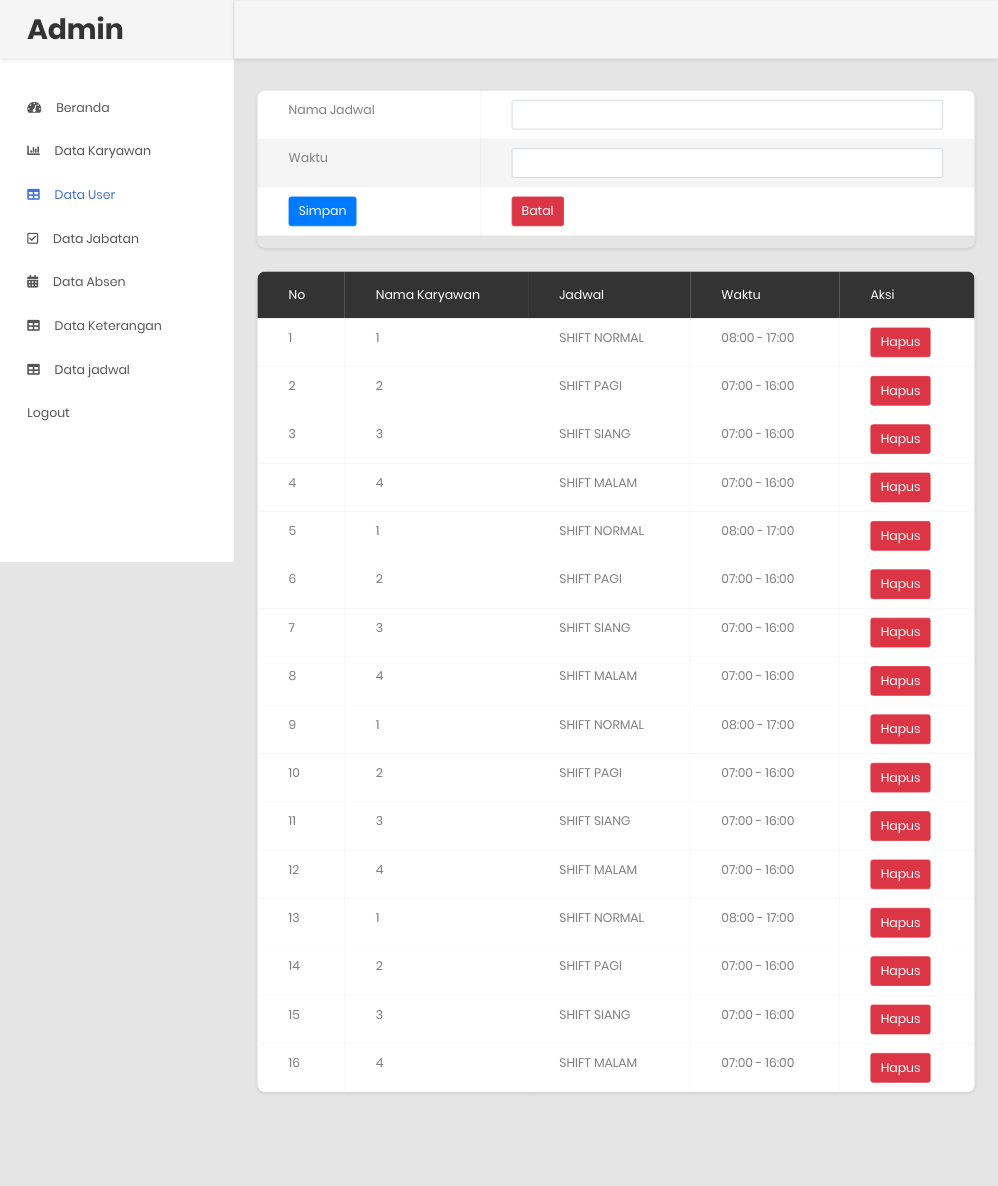
Repository: naldi23bob/Absen2
Page: http://localhost/datajadwal.php
The author's editor kept a copy of each file at every save. The page is drawn from the files as they stood at one save, then again after the next save.
The browser window is 1280 px wide. The pictures show the whole page, at 78% of full size.
The page is run by PHP 8.4 with error messages shown; the project is at /var/www/html/. The session is filled in as if someone had signed in: {"idsi": 2, "namasi": "admin", "ttlsi": 1, "jenkelsi": 1, "agamasi": 1, "alamatsi": 1, "teleponsi": 1, "jabatansi": 1, "schedulesi": 1, "fotosi": 1, "username": "admin"}. The database holds what the project's SQL file puts in it.

Above is the page before, as saved 2023-07-23 15:17:14.

After the next save:
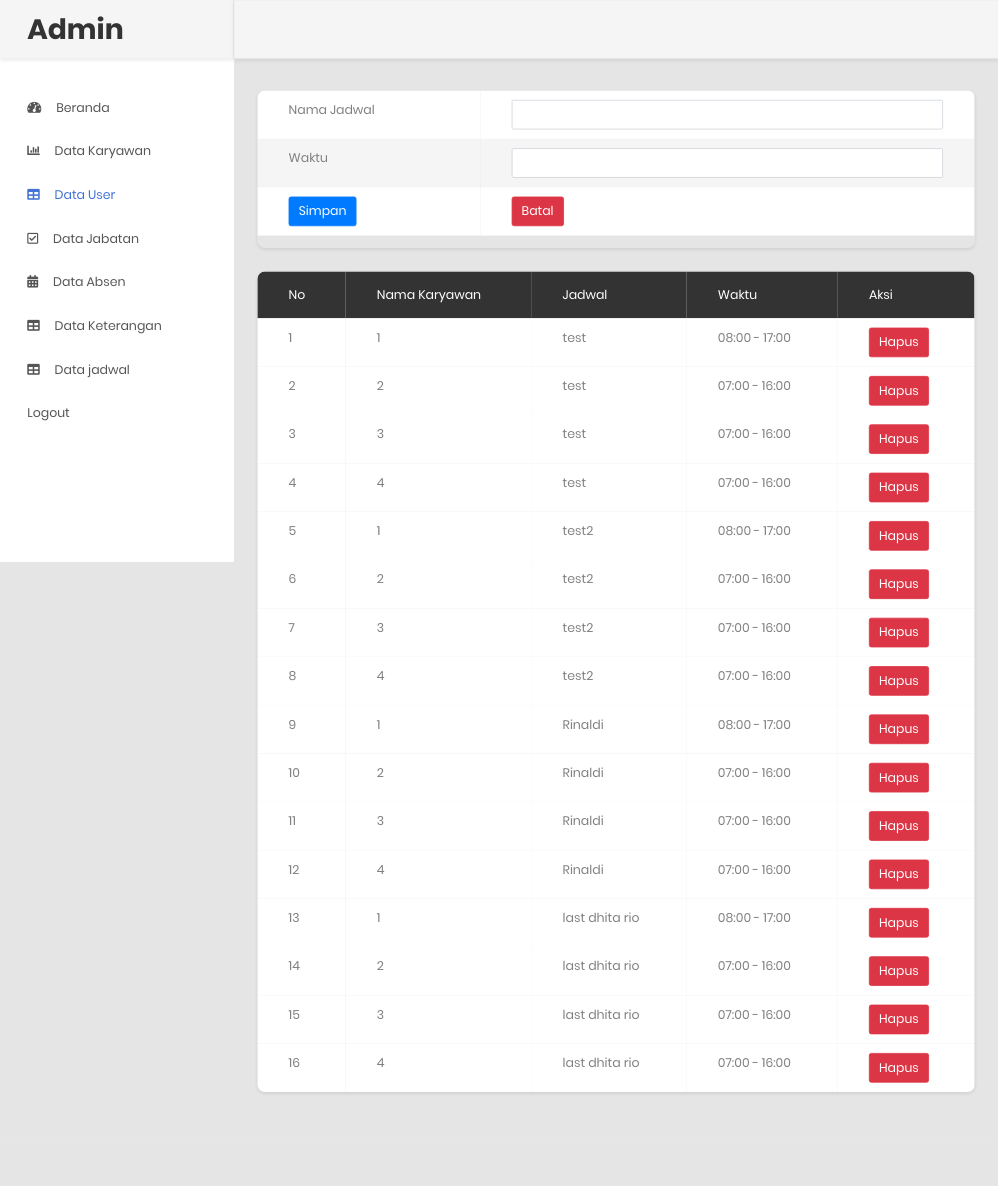
Saved 8 s later.
--- a/datajadwal.php
+++ b/datajadwal.php
@@ -258,7 +258,7 @@ error_reporting(0);
                                             <tr>
                                                 <td><?php echo $no ?></td>
                                                 <td><?php echo $row['id']; ?></td>
-                                                <td><?php echo $row['code']; ?></td>
+                                                <td><?php echo $row['nama']; ?></td>
                                                 <td><?php echo $row['in_out']; ?></td>
 
 
